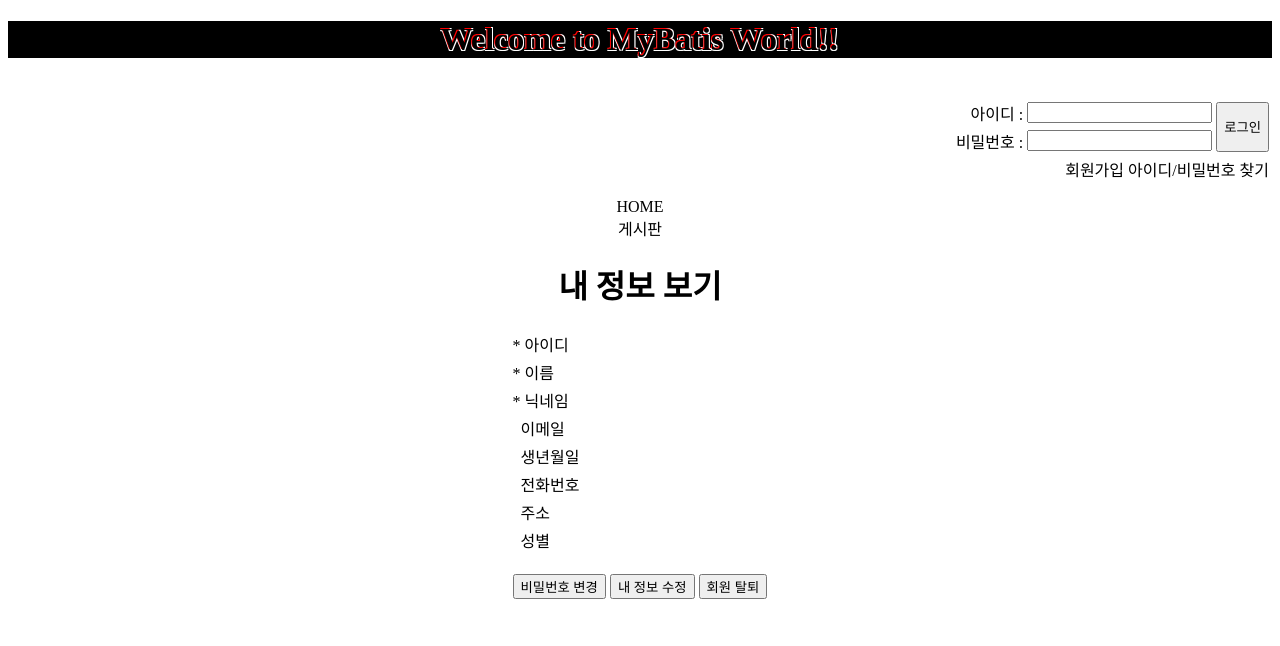
Repository: SoulJ-K/myBatis
Page: http://localhost/1_MyBatis/views/member/memberInfo.jsp
These files come from the project's save history. The page is drawn as it stood at one moment and after the next save; the edit follows.
The browser window is 1280 px wide. The pictures show the whole page.
The page is served by Tomcat 9. Other server files are loaded and not shown.

Above is the page before, as saved 2020-05-07 06:46:40.

### 1_MyBatis/WebContent/views/member/memberInfo.jsp
<%@ page language="java" contentType="text/html; charset=UTF-8"
    pageEncoding="UTF-8"%>
<%@ taglib prefix="c" uri="http://java.sun.com/jsp/jstl/core" %>
<!DOCTYPE html>
<html>
<head>
<meta charset="UTF-8">
<title>Insert title here</title>
<style>
	#infoTable{margin: auto;}
	.style{border: 0; outline: none;}
</style>
</head>
<body>
	<jsp:include page="../common/menubar.jsp"/>
	<h1 align="center">내 정보 보기</h1>
	<form action="${ contextPath }/views/member/memberUpdateForm.jsp" method="post">
		<%-- <jsp:useBean id="member" class="member.model.vo.Member" scope="request"/>
		<jsp:setProperty property="*" name="member"/> --%>
		<table id="infoTable">
			<tr>
				<td width="100px">* 아이디</td>
				<td>
					${ member.userId }
<%-- 					<jsp:getProperty property="userId" name="member"/> --%>
					<input type="hidden" name="userId" value="${ member.userId }" class="st">
				</td>
			</tr>
			<tr>
				<td>* 이름</td>
				<td>
					<input type="hidden" name="userName" value="${ member.userName }" class="st">
					${ member.userName}
				</td>
			</tr>
			<tr>
				<td>* 닉네임</td>
				<td>
					<input type="hidden" name="nickName" value="${ member.nickName }" class="st">
					${ member.nickName}
				</td>
			</tr>
			<tr>
				<td> &nbsp;&nbsp;이메일</td>
				<td>
					${ member.email }
					<input type="hidden" name="email" value="${ member.email }" class="st">
				</td>
			</tr>
			<tr>
				<td> &nbsp;&nbsp;생년월일</td>
				<td>
					${ member.birthDay }
					<input type="hidden" name="birthDay" value="${ member.birthDay}" class="st">
				</td>
			</tr>
			<tr>
				<td> &nbsp;&nbsp;전화번호</td>
				<td>
					${ member.phone }
					<input type="hidden" name="phone" value="${ member.phone}" class="st">
				</td>
			</tr>
			<tr>
				<td> &nbsp;&nbsp;주소</td>
				<td>
					${ member.address }
					<input type="hidden" name="address" value="${ member.address}" class="st">
				</td>
			</tr>
			<tr>
				<td> &nbsp;&nbsp;성별</td>
				<td>
					<c:if test="${ member.gender eq 'M' }">남자</c:if>
					<c:if test="${ member.gender eq 'F' }">여자</c:if>
					<input type="hidden" name="gender" value="${ member.gender}" class="st">
				</td>
			</tr>
			<tr>
				<td colspan="2">
					<div align="center">
						<br>
						<button type="button" onclick="location.href='${ contextPath }/views/member/memberPwdUpdateForm.jsp'">비밀번호 변경</button>
						<input type="submit" value="내 정보 수정">
						<button type="button" onclick="deleteMember();">회원 탈퇴</button>
					</div>
				</td>
			</tr>
		</table>
	</form>

	<script>
		function deleteMember(){
			var ck = confirm('정말 탈퇴할거야?');

			if(ck){
				location.href = "mdelete.me";
			}
		}
	</script>
</body>
</html>

### 1_MyBatis/WebContent/views/common/menubar.jsp
<%@ page language="java" contentType="text/html; charset=UTF-8"
    pageEncoding="UTF-8"%>
<%@ taglib prefix="c" uri="http://java.sun.com/jsp/jstl/core" %>
<!DOCTYPE html>
<html>
<head>
<meta charset="UTF-8">
<script src="${ contextPath }/js/jquery-3.4.1.min.js"></script>
<title>Insert title here</title>
<style>
	#welcome{background: black; text-shadow: -1px -1px 0 red, 1px -1px 0 white, -1px 1px 0 white, 1px 1px 0 white;}
	.login-area {height:100px;}
	.btn-login {height:50px;}
	.loginTable{text-align: right; float: right;}
	#logoutBtns>a{text-decoration: none; color: black;}
	#logoutBtns>a:hover{text-decoration: underline; font-weight: bold;}
</style>
</head>
<body>

	<c:set var="contextPath" value="${ pageContext.request.contextPath }" scope="application"/>
	<h1 id="welcome" align="center">Welcome to MyBatis World!!</h1>
		<br>


		<!-- ----------------------1. 회원 관련 서비스 -------------------------- -->
		<div class="login-area">
			<c:if test="${ empty sessionScope.loginUser }">
				<!-- 1_1. 로그인 관련 폼 만들기 -->
				<form action="${ contextPath }/login.me" method="post">
					<table class="loginTable">
						<tr>
							<td>아이디 : </td>
							<td>
								<input type="text" name="userId">
							</td>
							<td rowspan="2">
								<button id="login-btn" class="btn btn-login">로그인</button>
							</td>
						</tr>
						<tr>
							<td>비밀번호 : </td>
							<td>
								<input type="password" name="userPwd">
							</td>
						</tr>
						<tr>
							<td colspan="3" id="logoutBtns">
								<a href="${ contextPath }/views/member/memberInsertForm.jsp">회원가입</a>
								<a href="${ contextPath }/views/member/findMemberForm.jsp">아이디/비밀번호 찾기</a>
							</td>
						</tr>
					</table>
				</form>
			</c:if>

			<c:if test="${ !empty sessionScope.loginUser }">
				<table class="loginTable">
					<tr>
						<td colspan="2"><h3>${ loginUser.userName }님 환영합니다.</h3></td>
					</tr>
					<tr>
						<td>
							<button onclick="location.href='${ contextPath }/info.me'">내 정보 보기</button>
						</td>
					</tr>
					<tr>
						<td>
							<button onclick="location.href='${ contextPath }/logout.me'">로그아웃</button>
						</td>
					</tr>
				</table>
			</c:if>
		</div>

		<div class="nav-area" align="center">
			<div class="menu" onclick="home();">HOME</div>
			<div class="menu" onclick="board();">게시판</div>
		</div>

		<script>
			function home(){
				location.href="index.jsp";
			}

			function board(){
				location.href="${context}/selectList.bo";
			}
		</script>
</body>
</html>

Loaded but not shown: 1_MyBatis/WebContent/js/jquery-3.4.1.min.js (library)

After the next save:
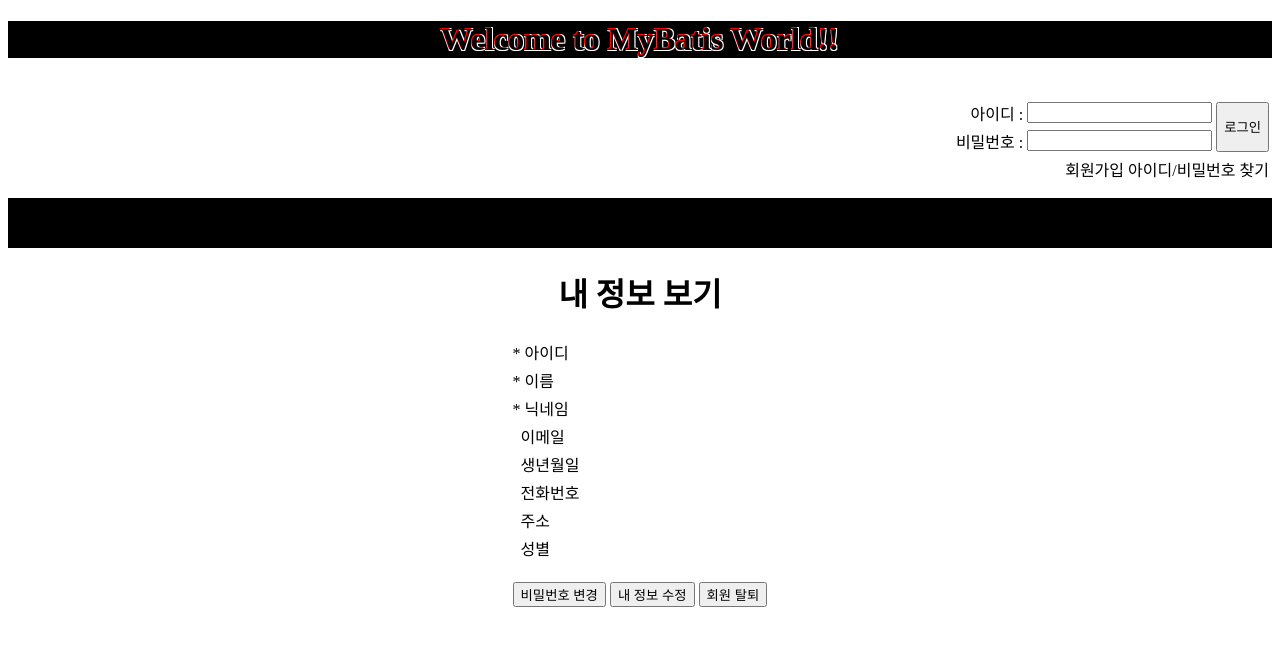
Saved 2 min 35 s later.
--- a/1_MyBatis/WebContent/views/common/menubar.jsp
+++ b/1_MyBatis/WebContent/views/common/menubar.jsp
@@ -14,6 +14,13 @@
 	.loginTable{text-align: right; float: right;}
 	#logoutBtns>a{text-decoration: none; color: black;}
 	#logoutBtns>a:hover{text-decoration: underline; font-weight: bold;}
+
+	.nav-area{background : black; height : 50px;}
+	.memu{display: table-cell; font-size : 20px;
+		  width : 250px; height : 50px;
+		  text-align: center; vertical-align : middle;
+		   background: black; color: white;}
+	.menu:hover{background: orangered; cursor: pointer;}
 </style>
 </head>
 <body>
